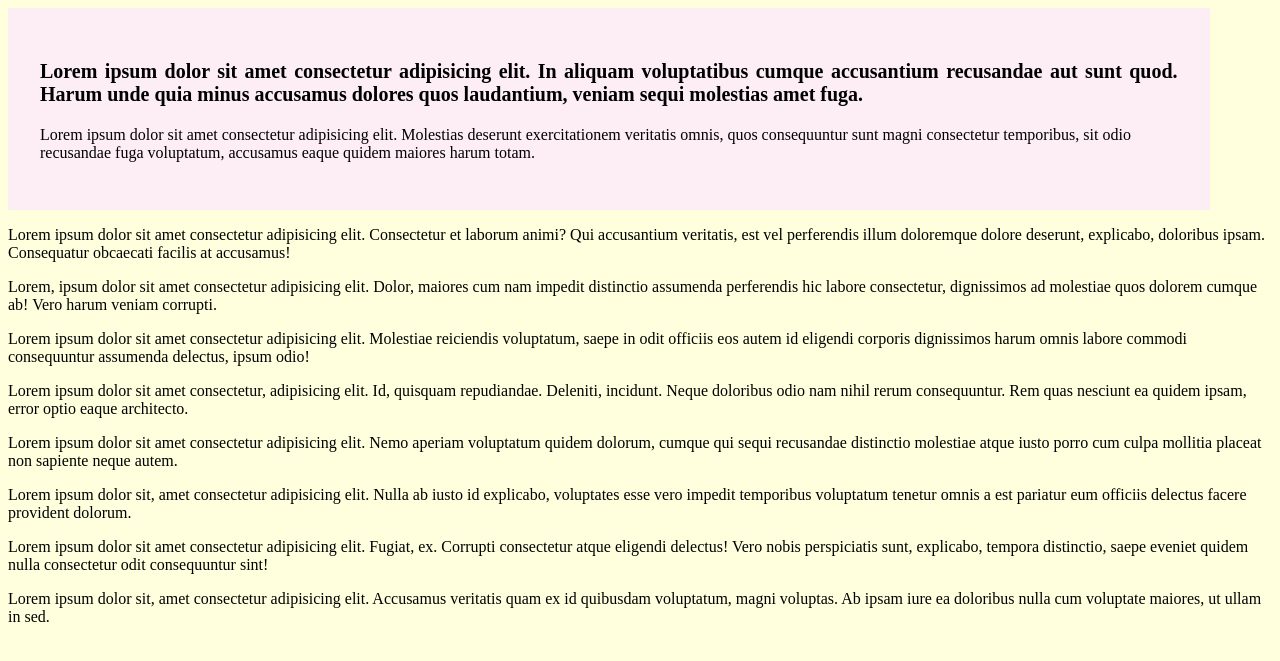
Repository: HTML-a-CSS-2/projekt-portfolio-Angelina555555
Page: .github/index.html
The author's editor kept a copy of each file at every save. The page is drawn from the files as they stood at one save, then again after the next save.
The browser window is 1280 px wide. The pictures show the whole page.

Above is the page before, as saved 2022-05-07 21:48:39.

### .github/index.html
<!DOCTYPE html>
<html lang="en">
  <head>
    <meta charset="UTF-8" />
    <meta http-equiv="X-UA-Compatible" content="IE=edge" />
    <meta name="viewport" content="width=device-width, initial-scale=1.0" />
    <link rel="stylesheet" href="default.css" />
    <title>Document</title>
  </head>
  <body>
    <div class="blok">
      <p class="blok__element-jedna prvni-blok__element-jedna--fialovy">
        Lorem ipsum dolor sit amet consectetur adipisicing elit. In aliquam
        voluptatibus cumque accusantium recusandae aut sunt quod. Harum unde
        quia minus accusamus dolores quos laudantium, veniam sequi molestias
        amet fuga.
      </p>
      <p class="blok__element-dva">
        Lorem ipsum dolor sit amet consectetur adipisicing elit. Molestias
        deserunt exercitationem veritatis omnis, quos consequuntur sunt magni
        consectetur temporibus, sit odio recusandae fuga voluptatum, accusamus
        eaque quidem maiores harum totam.
      </p>
    </div>
    <div class="article">
      <p class="article__element-tri">
        Lorem ipsum dolor sit amet consectetur adipisicing elit. Consectetur et
        laborum animi? Qui accusantium veritatis, est vel perferendis illum
        doloremque dolore deserunt, explicabo, doloribus ipsam. Consequatur
        obcaecati facilis at accusamus!
      </p>
      <p class="article__element-ctry">
        Lorem, ipsum dolor sit amet consectetur adipisicing elit. Dolor, maiores
        cum nam impedit distinctio assumenda perferendis hic labore consectetur,
        dignissimos ad molestiae quos dolorem cumque ab! Vero harum veniam
        corrupti.
      </p>
    </div>
    <div class="print">
      <p class="print__element-pet">
        Lorem ipsum dolor sit amet consectetur adipisicing elit. Molestiae
        reiciendis voluptatum, saepe in odit officiis eos autem id eligendi
        corporis dignissimos harum omnis labore commodi consequuntur assumenda
        delectus, ipsum odio!
      </p>
      <p class="print__element-sest">
        Lorem ipsum dolor sit amet consectetur, adipisicing elit. Id, quisquam
        repudiandae. Deleniti, incidunt. Neque doloribus odio nam nihil rerum
        consequuntur. Rem quas nesciunt ea quidem ipsam, error optio eaque
        architecto.
      </p>
    </div>
    <div class="leader">
      <p class="leader__element-sedm">
        Lorem ipsum dolor sit amet consectetur adipisicing elit. Nemo aperiam
        voluptatum quidem dolorum, cumque qui sequi recusandae distinctio
        molestiae atque iusto porro cum culpa mollitia placeat non sapiente
        neque autem.
      </p>
      <p class="leader__element-osm">
        Lorem ipsum dolor sit, amet consectetur adipisicing elit. Nulla ab iusto
        id explicabo, voluptates esse vero impedit temporibus voluptatum tenetur
        omnis a est pariatur eum officiis delectus facere provident dolorum.
      </p>
    </div>
    <div class="buttom">
      <p class="buttom__element-devet">
        Lorem ipsum dolor sit amet consectetur adipisicing elit. Fugiat, ex.
        Corrupti consectetur atque eligendi delectus! Vero nobis perspiciatis
        sunt, explicabo, tempora distinctio, saepe eveniet quidem nulla
        consectetur odit consequuntur sint!
      </p>
      <p class="buttom__element-deset">
        Lorem ipsum dolor sit, amet consectetur adipisicing elit. Accusamus
        veritatis quam ex id quibusdam voluptatum, magni voluptas. Ab ipsam iure
        ea doloribus nulla cum voluptate maiores, ut ullam in sed.
      </p>
    </div>
  </body>
</html>

### .github/default.css
body {
  background-color: #ffffdd;
}

.blok {
  width: 90%;
  background-color: #fdedf5;
  padding: 2rem;
}

.blok__element-jedna {
  font-size: 20px;
  font-weight: 800;
  text-align: justify;
}

.article {
}

.print {
}

.leader {
}

.buttom {
}

After the next save:
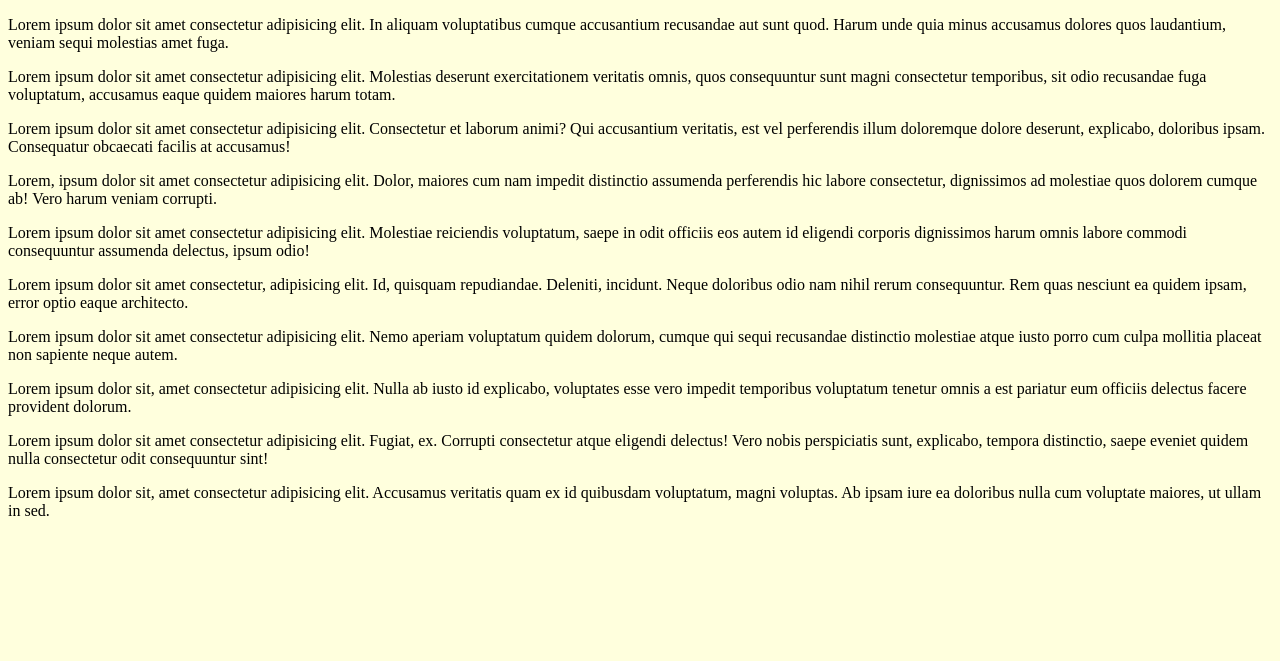
Saved 17 min 2 s later.
--- a/.github/index.html
+++ b/.github/index.html
@@ -8,14 +8,14 @@
     <title>Document</title>
   </head>
   <body>
-    <div class="blok">
-      <p class="blok__element-jedna prvni-blok__element-jedna--fialovy">
+    <div class="menu">
+      <p class="menu__element-jedna prvni-blok__element-jedna--fialovy">
         Lorem ipsum dolor sit amet consectetur adipisicing elit. In aliquam
         voluptatibus cumque accusantium recusandae aut sunt quod. Harum unde
         quia minus accusamus dolores quos laudantium, veniam sequi molestias
         amet fuga.
       </p>
-      <p class="blok__element-dva">
+      <p class="menu__element-dva">
         Lorem ipsum dolor sit amet consectetur adipisicing elit. Molestias
         deserunt exercitationem veritatis omnis, quos consequuntur sunt magni
         consectetur temporibus, sit odio recusandae fuga voluptatum, accusamus
